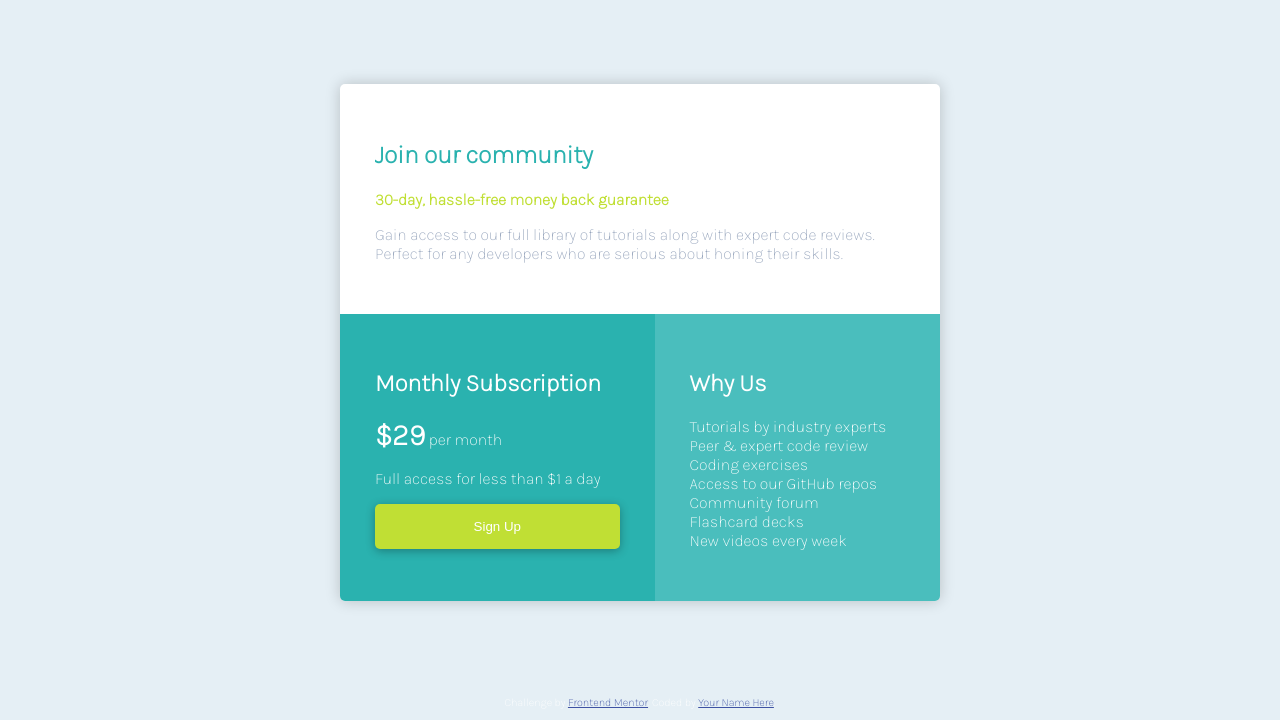
Repository: jminervino/PriceGridComponent
Page: index.html
The author's editor kept a copy of each file at every save. The page is drawn from the files as they stood at one save, then again after a run of saves.
The browser window is 1280 px wide. The pictures show the whole page.

Above is the page before, as saved 2022-02-08 13:58:32.

After the next 2 saves:
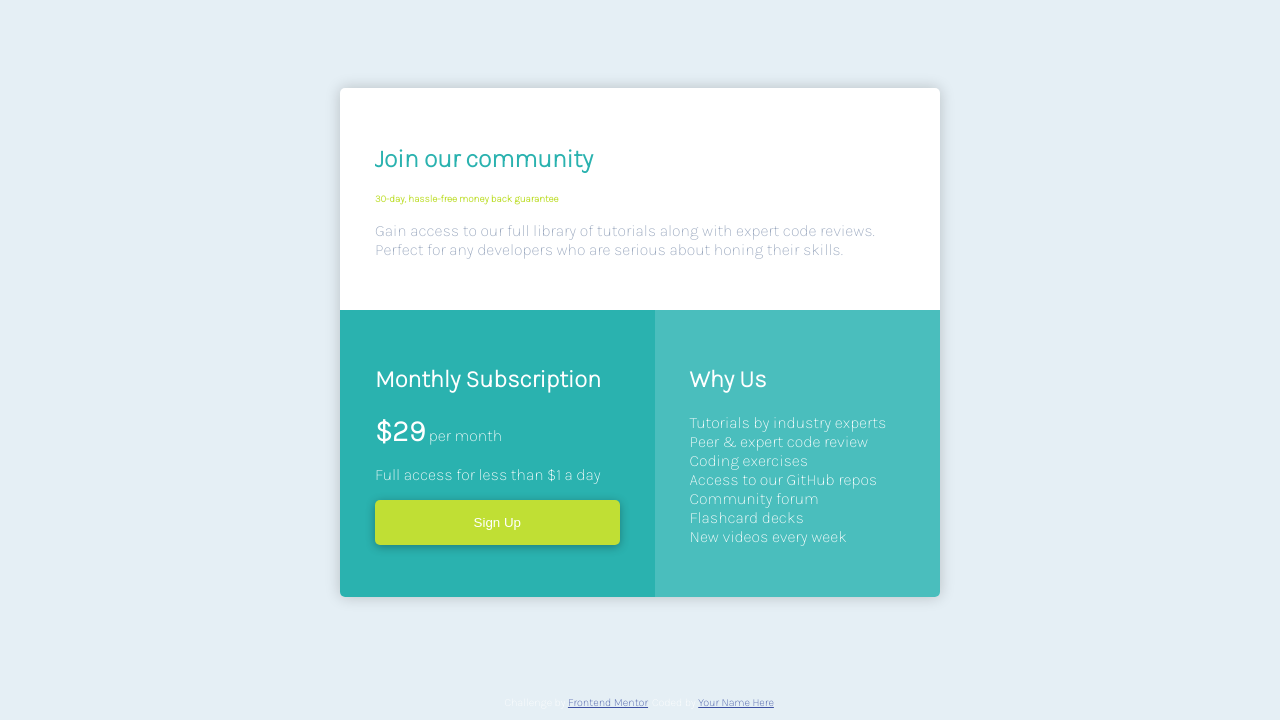
The 2 saves are shown as one change because they came seconds apart.
The last was saved 17 s later.
--- a/style.css
+++ b/style.css
@@ -52,7 +52,8 @@
 }
 
 h3 {
-    font-size: 16px;
+    font-size: 10px;
+    font-weight: 700;
 }
 
 .box-one {

After the 4 saves that followed:
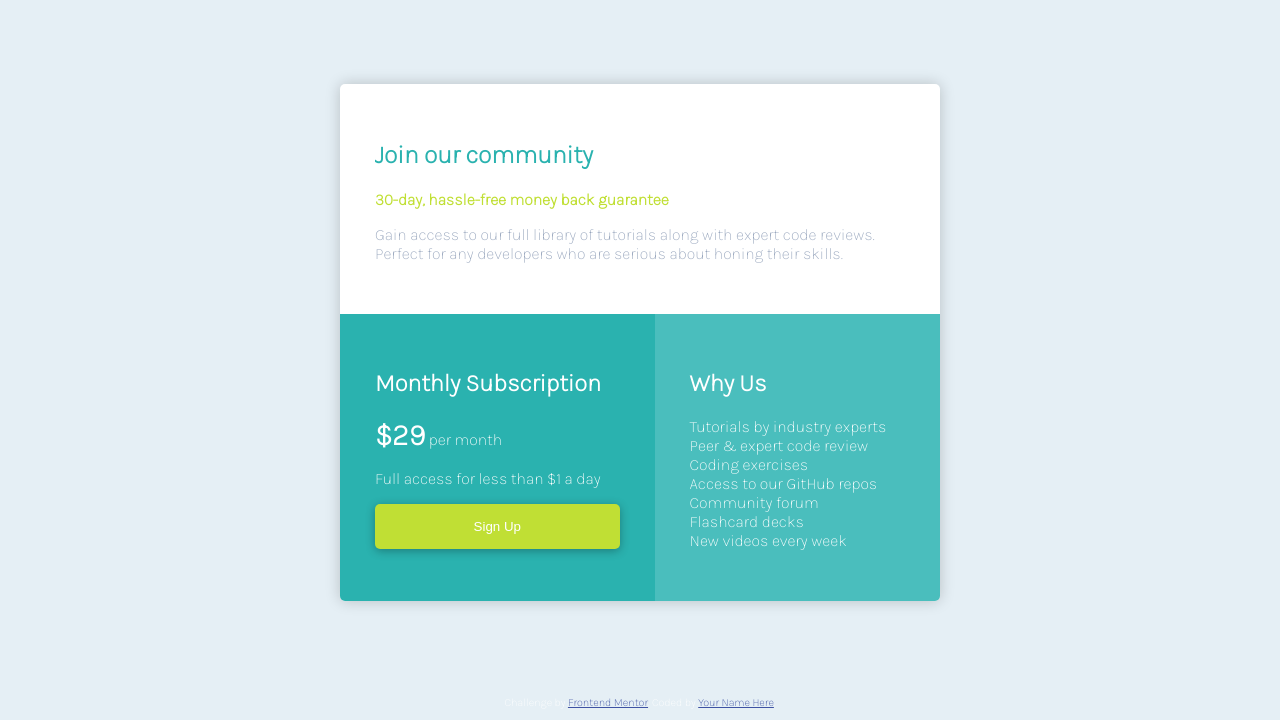
The 4 saves are shown as one change because they came seconds apart.
The last was saved 15 s later.
--- a/style.css
+++ b/style.css
@@ -52,8 +52,7 @@
 }
 
 h3 {
-    font-size: 10px;
-    font-weight: 700;
+    font-size: 16px;
 }
 
 .box-one {
